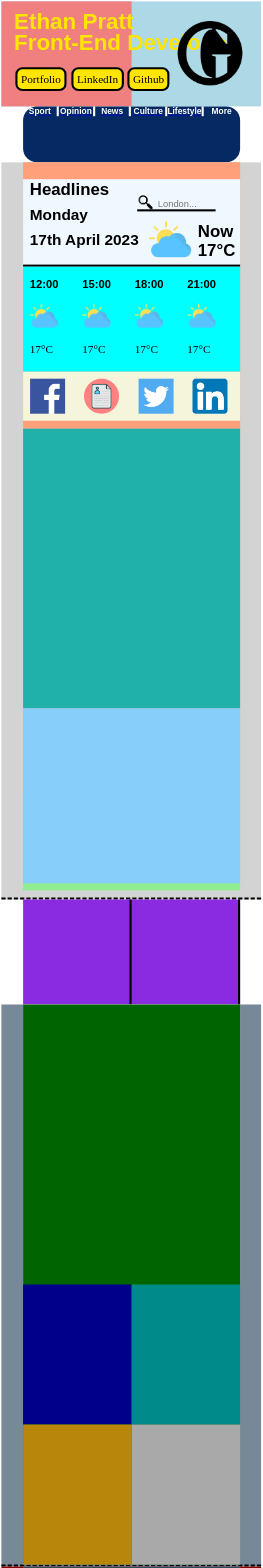
Repository: ghend99/News-Media
Page: index.html
The author's editor kept a copy of each file at every save. The page is drawn from the files as they stood at one save, then again after the next save.
The browser window is 375 px wide. The pictures show the part of the page from y = 0 to 2240 px (the page is 4372 px tall), at 70% of full size.
Some web fonts or font styles are not loaded; a fallback is used.

Above is the page before, as saved 2023-05-07 15:46:47.

### index.html
<!DOCTYPE html>
<html lang="en">
  <head>
    <meta charset="UTF-8" />
    <meta http-equiv="X-UA-Compatible" content="IE=edge" />
    <meta name="viewport" content="width=device-width, initial-scale=1.0" />

    <link rel="stylesheet" href="style.css" />

    <title>Document</title>
  </head>
  <body>
    <!-- Header Container -->
    <div id="header-container">
      <div id="header-left-section">
        <p class="header-name webpage-header">Ethan Pratt</p>

        <p class="header-job webpage-header">Front-End Developer</p>
        <p class="header-social-link header-social-link-portfolio">Portfolio</p>
        <p class="header-social-link header-social-link-linkedin">LinkedIn</p>
        <p class="header-social-link header-social-link-github">Github</p>
      </div>
      <div id="header-middle-section"></div>
      <div id="header-right-section">
        <img class="header-logo" src="./images/guardian-logo.png" />
        <img
          class="header-logo-mobile"
          src="./images/guardian-logo-mobile.png"
        />
        <p class="header-slogan webpage-header">Newspaper of the year</p>
      </div>
    </div>

    <!-- Navigation Links Container -->
    <div id="navigation-link-container">
      <a href="page2.html">
        <p class="navigation-link webpage-header">Sport</p>
      </a>

      <a href="page2.html">
        <p class="navigation-link webpage-header">Opinion</p>
      </a>

      <a href="page2.html">
        <p class="navigation-link webpage-header">News</p>
      </a>

      <a href="page2.html">
        <p class="navigation-link webpage-header">Culture</p>
      </a>

      <a href="page2.html" id="nav-link">
        <p class="navigation-link webpage-header">Lifestyle</p>
      </a>

      <a>
        <p class="navigation-link webpage-header" id="navigation-link6">More</p>
      </a>
    </div>

    <!-- News Section 1 -->

    <div id="news1-container">
      <div id="news1-wrapper">
        <div id="news1-article-container">
          <div id="news1-weather-container">
            <div id="weather-top-section">
              <p class="weather-container-header webpage-header">Headlines</p>
              <p class="weather-container-day webpage-header">Monday</p>
              <p class="weather-container-date webpage-header">
                17th April 2023
              </p>
              <img src="./images/search-icon-black.png" class="search-icon" />
              <input
                type="text"
                placeholder="London..."
                class="weather-container-location-input"
              />
              <img
                class="weather-location-current-icon"
                src="./images/cloudy.png"
              />
              <p class="weather-location-current-text webpage-header">
                Now <br />17°C
              </p>
            </div>
            <div id="weather-middle-section">
              <div id="weather-middle-section-time1">
                <p class="webpage-header">12:00</p>
                <img src="./images/cloudy.png" class="weather-now-icon" />
                <p>17°C</p>
              </div>
              <div id="weather-middle-section-time2">
                <p class="webpage-header">15:00</p>
                <img src="./images/cloudy.png" class="weather-now-icon" />
                <p>17°C</p>
              </div>
              <div id="weather-middle-section-time3">
                <p class="webpage-header">18:00</p>
                <img src="./images/cloudy.png" class="weather-now-icon" />
                <p>17°C</p>
              </div>
              <div id="weather-middle-section-time4">
                <p class="webpage-header">21:00</p>
                <img src="./images/cloudy.png" class="weather-now-icon" />
                <p>17°C</p>
              </div>
            </div>
            <div id="weather-bottom-section">
              <img
                class="weather-soiclas-link-icon"
                src="./images/facebook.png"
              />
              <img
                class="weather-soiclas-link-icon"
                src="./images/resume-icon.png"
              />
              <img
                class="weather-soiclas-link-icon"
                src="./images/twitter.png"
              />
              <img
                class="weather-soiclas-link-icon"
                src="./images/linekdin.png"
              />
            </div>
          </div>
          <div id="news1-article1-container"></div>
          <div id="news1-article2-container"></div>
        </div>
      </div>
    </div>

    <!-- News Headers -->
    <div id="news-headers">
      <div class="news-header"></div>
      <div class="news-header"></div>
      <div class="news-header"></div>
      <div class="news-header" id="news-header4"></div>
    </div>

    <!-- News Section 2 -->
    <div id="news2-container">
      <div id="news2-wrapper">
        <div id="news2-article-container">
          <div id="news2-article1"></div>
          <div id="news2-article2">
            <div id="news2-article2-article1"></div>
            <div id="news2-article2-article2"></div>
            <div id="news2-article2-article3"></div>
            <div id="news2-article2-article4"></div>
          </div>
        </div>
      </div>
    </div>

    <!-- News Section 3 -->
    <div id="news3-container">
      <div id="news3-wrapper">
        <div id="news3-article-container">
          <div id="news3-article1-container"></div>
          <div id="news3-article2-container"></div>
        </div>
      </div>
    </div>

    <!-- News Section 4 -->
    <div id="news4-container">
      <div id="news4-wrapper">
        <div id="news4-article-container">
          <div id="news4-article1-container-header"></div>
          <div id="news4-article2-container">
            <div id="news4-article2-article1"></div>
            <div id="news4-article2-article2"></div>
            <div id="news4-article2-article3"></div>
            <div id="news4-article2-article4"></div>
          </div>
        </div>
      </div>
    </div>

    <!-- News Section 5 -->
    <div id="news5-container">
      <div id="news5-wrapper">
        <div id="news5-article-container">
          <div id="news5-article1-container"></div>
          <div id="news5-article2-container"></div>
        </div>
      </div>
    </div>

    <!-- Footer -->
    <div id="footer-container">
      <div id="footer-wrapper">
        <div id="footer-content-container">
          <div id="footer-navigation-link-container">
            <a href="page2.html">
              <p class="navigation-link webpage-header"></p>
            </a>

            <a href="page2.html">
              <p class="navigation-link webpage-header"></p>
            </a>

            <a href="page2.html">
              <p class="navigation-link webpage-header"></p>
            </a>

            <a href="page2.html">
              <p class="navigation-link webpage-header"></p>
            </a>

            <a href="page2.html" id="nav-link">
              <p class="navigation-link webpage-header"></p>
            </a>

            <a>
              <p
                class="navigation-link webpage-header"
                id="navigation-link6"
              ></p>
            </a>
          </div>
          <div id="footer-section2">
            <div id="footer-section2-section1"></div>
            <div id="footer-section2-section2"></div>
            <div id="footer-section2-section3"></div>
            <div id="footer-section2-section4"></div>
            <div id="footer-section2-section5"></div>
          </div>
        </div>
      </div>
    </div>
  </body>
</html>

### style.css
@import url("https://fonts.googleapis.com/css2?family=Signika+Negative:wght@600&display=swap");

body {
  margin: 2px;
}

.webpage-header {
  font-family: "Signika Negative", sans-serif;
  font-weight: bold;
}

#header-container {
  display: grid;
  grid-template-columns: 1fr 1fr 1fr;
  grid-template-rows: 1fr;
  width: 100%;
  min-width: 310px;
  max-height: 300px;
  min-height: 150px;
  background-color: lightblue;
}

#header-left-section {
  background-color: lightcoral;
}

.header-name {
  position: absolute;
  color: #ffe500;
  font-size: 32px;
  left: 20px;
  top: -20px;
}

.header-job {
  position: absolute;
  color: #ffe500;
  font-size: 32px;
  left: 20px;
  top: 10px;
}

.header-social-link {
  position: absolute;
  border: solid;
  padding: 5px;
  background-color: #ffe500;
  width: fit-content;
  border-radius: 10px;
}

.header-social-link-portfolio {
  top: 80px;
  margin-left: 20px;
}

.header-social-link-linkedin {
  top: 80px;
  margin-left: 100px;
}

.header-social-link-github {
  top: 80px;
  margin-left: 180px;
}

#header-right-section {
  background-color: lightgoldenrodyellow;
}

.header-logo {
  position: absolute;
  width: 400px;
  margin-left: 50px;
  right: 140px;
  top: 20px;
}

.header-logo-mobile {
  display: none;
}

.header-slogan {
  position: absolute;
  width: 400px;
  margin-left: 50px;
  right: 80px;
  top: 60px;
  font-size: 26px;
  color: #ffe500;
}

#navigation-link-container {
  position: relative;
  display: grid;
  grid-template-columns: 1fr 1fr 1fr 1fr 1fr 1fr;
  grid-template-rows: 1fr;
  max-height: 200px;
  min-height: 80px;
  width: 50%;
  min-width: 310px;
  left: 50%;
  transform: translate(-50%);
  background-color: #052962;
  border-radius: 20px;
  text-align: center;
}

.navigation-link {
  border-right: solid;
  border-color: white;
  margin-top: auto;
  margin-bottom: auto;
  color: white;
}

#navigation-link6 {
  border-right: none;
}

#news1-container {
  /* width: 100%;
  min-width: 304px; */
  max-height: 1000px;
  min-height: 800px;
  background-color: lightgray;
  border-bottom: dashed;
}

#news1-wrapper {
  position: relative;
  left: 50%;
  transform: translate(-50%);
  background-color: lightgreen;
  max-width: 50%;
  min-width: 800px;
  max-height: 900px;
  min-height: 800px;
  border-left: dashed;
  border-right: dashed;
  padding-left: 10px;
  padding-right: 10px;
}

#news1-article-container {
  position: relative;
  display: grid;
  grid-template-columns: 0.5fr 1.5fr 0.7fr;
  grid-template-rows: 1fr;
  width: 100%;
  min-width: 304px;
  max-height: 900px;
  min-height: 800px;
  background-color: lightpink;
}

#news1-weather-container {
  display: grid;
  grid-template-columns: 1fr;
  grid-template-rows: 0.7fr 1fr 1fr;
  background-color: lightsalmon;
  height: 450px;
}

#weather-top-section {
  background-color: aliceblue;
  border-bottom: solid;
  padding-left: 10px;
}

.weather-container-header {
  font-size: 24px;
  margin-bottom: 0;
}

.weather-container-day {
  font-size: 22px;
  margin-top: 10px;
  margin-bottom: 0;
}

.weather-container-date {
  font-size: 22px;
  margin-top: 10px;
}

.search-icon {
  position: absolute;
  top: 147px;
  width: 20px;
  left: 10px;
}

.weather-container-location-input {
  text-decoration: none;
  border: none;
  border-bottom: solid;
  background-color: transparent;
  padding-left: 30px;
  margin-left: 5px;
  margin-right: 5px;
  max-width: 200px;
  min-width: 50px;
}

.weather-location-current-icon {
  width: 80px;
}

.weather-location-current-text {
  position: absolute;
  font-size: 24px;
  top: 160px;
  left: 100px;
}
#weather-middle-section {
  background-color: aqua;
  display: grid;
  grid-template-columns: 1fr 1fr 1fr 1fr;
  grid-template-rows: 1fr;
  padding-left: 10px;
}

.weather-now-icon {
  width: 40px;
}

#weather-bottom-section {
  background-color: beige;
  display: grid;
  grid-template-columns: 1fr 1fr 1fr 1fr;
  grid-template-rows: 1fr;
}

.weather-soiclas-link-icon {
  width: 50px;
  padding: 10px;
}

#news1-article1-container {
  background-color: lightseagreen;
}

#news1-article2-container {
  background-color: lightskyblue;
}

#news-headers {
  position: relative;
  display: grid;
  grid-template-columns: 1fr 1fr 1fr 1fr;
  grid-template-rows: 1fr;
  max-height: 250px;
  min-height: 150px;
  left: 50%;
  transform: translate(-50%);
  width: 50%;
  min-width: 800px;
  background-color: blueviolet;
  border-left: dashed;
  border-right: dashed;
  padding-left: 10px;
  padding-right: 10px;
}

.news-header {
  border-right: solid;
}

#news-header4 {
  border-right: none;
}

#news2-container {
  /* width: 100%;
  min-width: 304px; */
  max-height: 800px;
  min-height: 620px;
  background-color: lightslategray;
  border-bottom: dashed;
}

#news2-wrapper {
  position: relative;
  left: 50%;
  transform: translate(-50%);
  background-color: white;
  max-width: 50%;
  min-width: 800px;
  max-height: 800px;
  min-height: 605px;
  border-left: dashed;
  border-right: dashed;
  padding-left: 10px;
  padding-right: 10px;
}

#news2-article-container {
  position: relative;
  display: grid;
  grid-template-columns: 1fr 1fr;
  grid-template-rows: 1fr;
  width: 100%;
  min-width: 304px;
  max-height: 900px;
  min-height: 600px;
  background-color: darkgreen;
}

#news2-article1 {
  min-height: 400px;
}

#news2-article2 {
  display: grid;
  grid-template-columns: 1fr 1fr;
  grid-template-rows: 1fr 1fr;
}

#news2-article2-article1 {
  background-color: darkblue;
}

#news2-article2-article2 {
  background-color: darkcyan;
}

#news2-article2-article3 {
  background-color: darkgoldenrod;
}

#news2-article2-article4 {
  background-color: darkgray;
}

#news3-container {
  max-height: 800px;
  min-height: 620px;
  background-color: darkred;
  border-bottom: dashed;
}

#news3-wrapper {
  position: relative;
  left: 50%;
  transform: translate(-50%);
  background-color: white;
  max-width: 50%;
  min-width: 800px;
  max-height: 800px;
  min-height: 605px;
  border-left: dashed;
  border-right: dashed;
  padding-left: 10px;
  padding-right: 10px;
}

#news3-article-container {
  display: grid;
  grid-template-columns: 0.6fr 1fr;
  grid-template-rows: 1fr;
  background-color: darkmagenta;
  width: 100%;
  min-width: 304px;
  max-height: 900px;
  min-height: 600px;
}

#news3-article1-container {
  background-color: darkslategray;
}

#news3-article2-container {
  background-color: darksalmon;
}

#news4-container {
  max-height: 550px;
  min-height: 400px;
  background-color: darkviolet;
  border-bottom: dashed;
}

#news4-wrapper {
  position: relative;
  left: 50%;
  transform: translate(-50%);
  background-color: white;
  max-width: 50%;
  min-width: 800px;
  max-height: 800px;
  min-height: 400px;
  border-left: dashed;
  border-right: dashed;
  padding-left: 10px;
  padding-right: 10px;
}

#news4-article-container {
  display: grid;
  grid-template-columns: 0.4fr 1fr;
  grid-template-rows: 1fr;
  width: 100%;
  min-width: 304px;
  max-height: 900px;
  min-height: 500px;
  background-color: darkolivegreen;
}

#news4-article2-container {
  display: grid;
  grid-template-columns: 1fr 1fr;
  grid-template-rows: 1fr 1fr;
}

#news4-article2-article1 {
  background-color: lightblue;
}

#news4-article2-article2 {
  background-color: lightcoral;
}

#news4-article2-article3 {
  background-color: lightgoldenrodyellow;
}

#news4-article2-article4 {
  background-color: lightgray;
}

#news5-container {
  max-height: 340px;
  min-height: 300px;
  background-color: darkviolet;
  border-bottom: dashed;
}

#news5-wrapper {
  position: relative;
  left: 50%;
  transform: translate(-50%);
  background-color: white;
  max-width: 50%;
  min-width: 800px;
  max-height: 800px;
  min-height: 300px;
  border-left: dashed;
  border-right: dashed;
  padding-left: 10px;
  padding-right: 10px;
}

#news5-article-container {
  display: grid;
  grid-template-columns: 1.8fr 1fr;
  grid-template-rows: 1fr;
  width: 100%;
  min-width: 304px;
  max-height: 900px;
  min-height: 340px;
}

#news5-article1-container {
  background-color: lightgray;
}

#news5-article2-container {
  background-color: darkmagenta;
}

#footer-container {
  max-height: 700px;
  min-height: 500px;
  background-color: #052962;
  border-bottom: dashed;
}

#footer-wrapper {
  position: relative;
  left: 50%;
  transform: translate(-50%);
  background-color: darkgreen;
  max-width: 50%;
  min-width: 800px;
  max-height: 800px;
  min-height: 500px;
  border-left: solid;
  border-right: solid;
  border-bottom: solid;
  padding-left: 10px;
  padding-right: 10px;
}

#footer-content-container {
  display: grid;
  grid-template-columns: 1fr;
  grid-template-rows: 0.2fr 1fr;
  background-color: darkmagenta;
  width: 100%;
  min-width: 304px;
  max-height: 900px;
  min-height: 600px;
}

#footer-navigation-link-container {
  display: grid;
  grid-template-columns: 1fr 1fr 1fr 1fr 1fr 1fr;
  background-color: lightsteelblue;
}

#footer-section2 {
  display: grid;
  grid-template-columns: 1.2fr 0.6fr 0.6fr 0.6fr 1fr;
  grid-template-rows: 1fr;
}

#footer-section2-section1 {
  background-color: bisque;
}

#footer-section2-section2 {
  background-color: lightcoral;
}

#footer-section2-section3 {
  background-color: lightsalmon;
}

#footer-section2-section4 {
  background-color: lightseagreen;
}

#footer-section2-section5 {
  background-color: darkorange;
}

@media screen and (min-width: 0) and (max-width: 1467px) {
  #news2-article-container {
    grid-template-columns: 1fr;
    grid-template-rows: 1fr 1fr;
    min-height: 700px;
  }
}

@media screen and (min-width: 0) and (max-width: 819px) {
  .header-logo {
    display: none;
  }

  .header-logo-mobile {
    position: absolute;
    display: flex;
    right: 0;
    top: 30px;
    width: 150px;
  }

  .header-slogan {
    display: none;
  }

  #news1-container {
    min-height: 1050px;
    border-bottom: dashed;
  }

  #news1-wrapper {
    min-width: 400px;
    min-height: 1040px;
  }

  #news1-article-container {
    display: block;
  }

  #news1-weather-container {
    display: inline-block;
    min-width: 100%;
    height: 380px;
  }

  .search-icon {
    /* display: none; */
    position: absolute;
    left: 255px;
    top: 47px;
  }

  .weather-container-location-input {
    /* display: none; */
    position: absolute;
    right: 30px;
    top: 50px;
    width: 80px;
  }

  .weather-location-current-icon {
    position: absolute;
    right: 110px;
    top: 80px;
    width: 60px;
    /* display: none; */
  }

  .weather-location-current-text {
    /* display: none; */
    position: absolute;
    left: 320px;
    top: 60px;
    width: 40px;
  }

  #weather-middle-section {
    height: 150px;
  }

  #news1-article1-container {
    grid-template-columns: 1fr;
    grid-template-rows: 1fr 1fr;
    min-width: 100%;
    min-height: 400px;
  }

  #news1-article2-container {
    display: inline-block;
    min-width: 100%;
    min-height: 250px;
  }

  #news-headers {
    grid-template-columns: 1fr 1fr 1fr;
    min-width: 400px;
    /* display: none; */
  }

  #news2-wrapper {
    min-width: 400px;
    /* display: none; */
  }

  #news3-wrapper {
    min-width: 400px;
  }

  #news3-article-container {
    display: grid;
    grid-template-columns: 1fr;
    grid-template-rows: 1fr 1fr;
  }

  #news4-wrapper {
    min-width: 400px;
  }

  #news4-article-container {
    grid-template-columns: 1fr;
    grid-template-rows: 0.2fr 1fr;
  }

  #news5-wrapper {
    min-width: 400px;
    min-height: 400px;
  }

  #news5-container {
    min-height: 400px;
  }

  #news5-article-container {
    grid-template-columns: 1fr;
    grid-template-rows: 1fr 1fr;
    min-height: 400px;
  }

  #footer-wrapper {
    min-width: 400px;
  }

  #footer-section2 {
    grid-template-columns: 1fr 1fr 1fr;
    grid-template-rows: 1fr;
  }
}

@media screen and (min-width: 0) and (max-width: 425px) {
  #header-container {
    grid-template-columns: 1fr 1fr;
  }

  .search-icon {
    left: 165px;
  }

  .weather-location-current-icon {
    left: 180px;
  }

  .weather-location-current-text {
    left: 250px;
  }

  #news1-wrapper {
    min-width: 310px;
    border: none;
    padding: 0;
  }

  #news-headers {
    grid-template-columns: 1fr 1fr;
    min-width: 310px;
    border: none;
    padding: 0;
  }

  .navigation-link {
    font-size: 12px;
  }

  #news2-wrapper {
    min-width: 310px;
    border: none;
    padding: 0;
  }

  #news3-wrapper {
    min-width: 310px;
    border: none;
    padding: 0;
  }

  #news4-wrapper {
    min-width: 310px;
    border: none;
    padding: 0;
  }

  #news5-wrapper {
    min-width: 310px;
    border: none;
    padding: 0;
  }

  #footer-wrapper {
    min-width: 310px;
    border: none;
    padding: 0;
  }
}

After the next save:
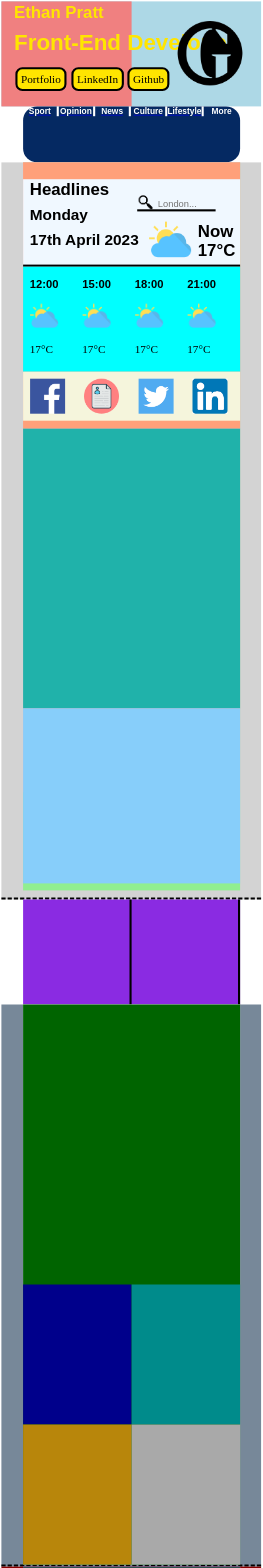
Saved 3 min 12 s later.
--- a/style.css
+++ b/style.css
@@ -688,6 +688,10 @@
     grid-template-columns: 1fr 1fr;
   }
 
+  .header-name {
+    font-size: 24px;
+  }
+
   .search-icon {
     left: 165px;
   }
